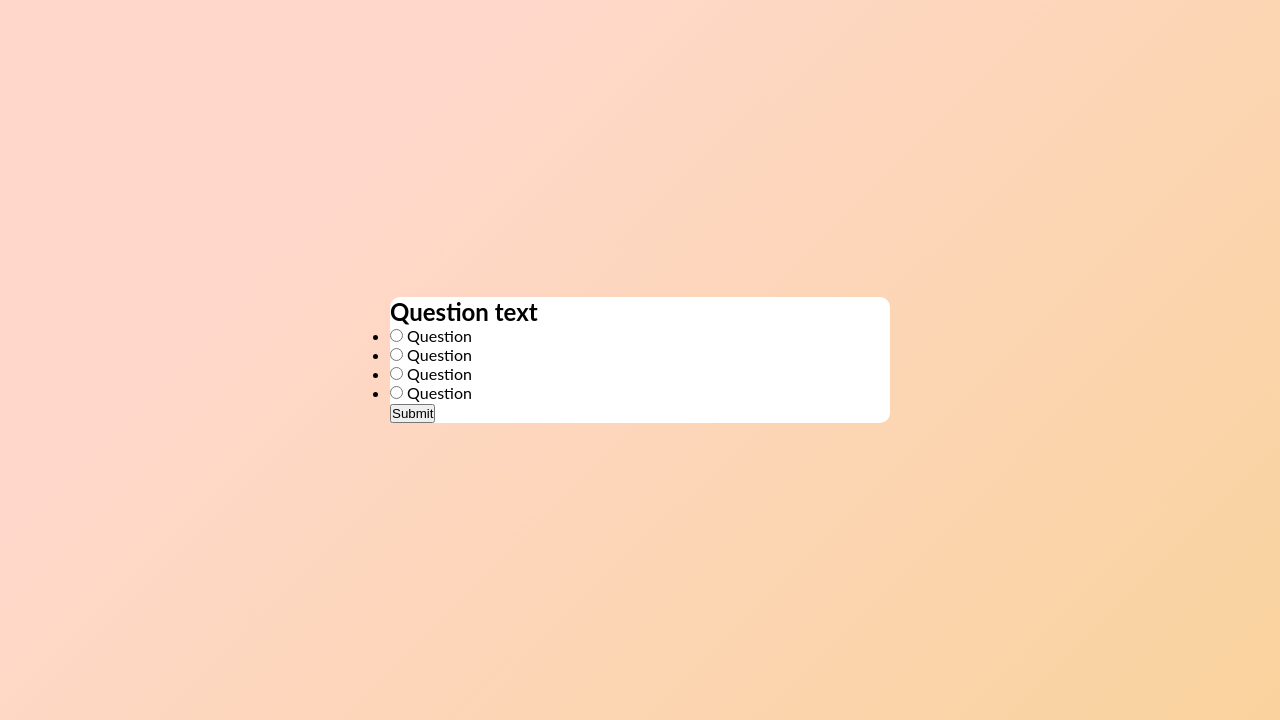
Repository: PratypartyY2K/JavaScript-Projects
Page: Quiz-App/index.html
An editor plug-in stored every save of this project. The page is shown before and after the next save, followed by the edit.
The browser window is 1280 px wide. The pictures show the whole page.

Above is the page before, as saved 2021-07-04 09:09:40.

### Quiz-App/index.html
<!DOCTYPE html>
<html lang="en">

<head>
    <meta charset="UTF-8">
    <meta http-equiv="X-UA-Compatible" content="IE=edge">
    <meta name="viewport" content="width=device-width, initial-scale=1.0">
    <title>Quiz App</title>
    <link rel="stylesheet" href="styles.css">
    <script src="script.js" defer></script>
</head>

<body>
    <div class="quiz-container" id="quiz">
        <div class="quiz-header">
            <h2 id="question">Question text</h2>
            <ul>
                <li>
                    <input type="radio" id="a" name="answer" class="answer" />
                    <label id="a_text" for="a">Question</label>
                </li>
                <li>
                    <input type="radio" id="b" name="answer" class="answer" />
                    <label id="b_text" for="b">Question</label>
                </li>
                <li>
                    <input type="radio" id="c" name="answer" class="answer" />
                    <label id="c_text" for="c">Question</label>
                </li>
                <li>
                    <input type="radio" id="d" name="answer" class="answer" />
                    <label id="d_text" for="d">Question</label>
                </li>
            </ul>
        </div>
        <button id="submit">Submit</button>
    </div>
</body>
</html>

### Quiz-App/styles.css
* {
    margin: 0;
    padding: 0;
    box-sizing: border-box;
}

body {
    background-color: #f9d29d;
    background-image: linear-gradient(315deg, #f9d29d 0%, #ffd8cb 74%);
    display: flex;
    justify-content: center;
    align-items: center;
    min-height: 100vh;
    font-family: "Lato", sans-serif;
}

.quiz-container {
    background-color: #fff;
    width: 500px;
    border-radius: 10px;


}

### Quiz-App/script.js
const quizData = [
  {
    question: "What is 10 + 4?",
    a: "12",
    b: "14",
    c: "16",
    d: "140",
    correct: "c",
  },
  {
    question: "What is 20 - 9?",
    a: "7",
    b: "13",
    c: "11",
    d: "29",
    correct: "c",
  },
  {
    question: "What is 7 x 3?",
    a: "21",
    b: "24",
    c: "25",
    d: "20",
    correct: "a",
  },
  {
    question: "What is 8 / 2?",
    a: "10",
    b: "2",
    c: "4",
    d: "6",
    correct: "c",
  },
  {
    question: "What is 8 ^ 2?",
    a: "8",
    b: "2",
    c: "64",
    d: "16",
    correct: "c",
  },
];

After the next save:
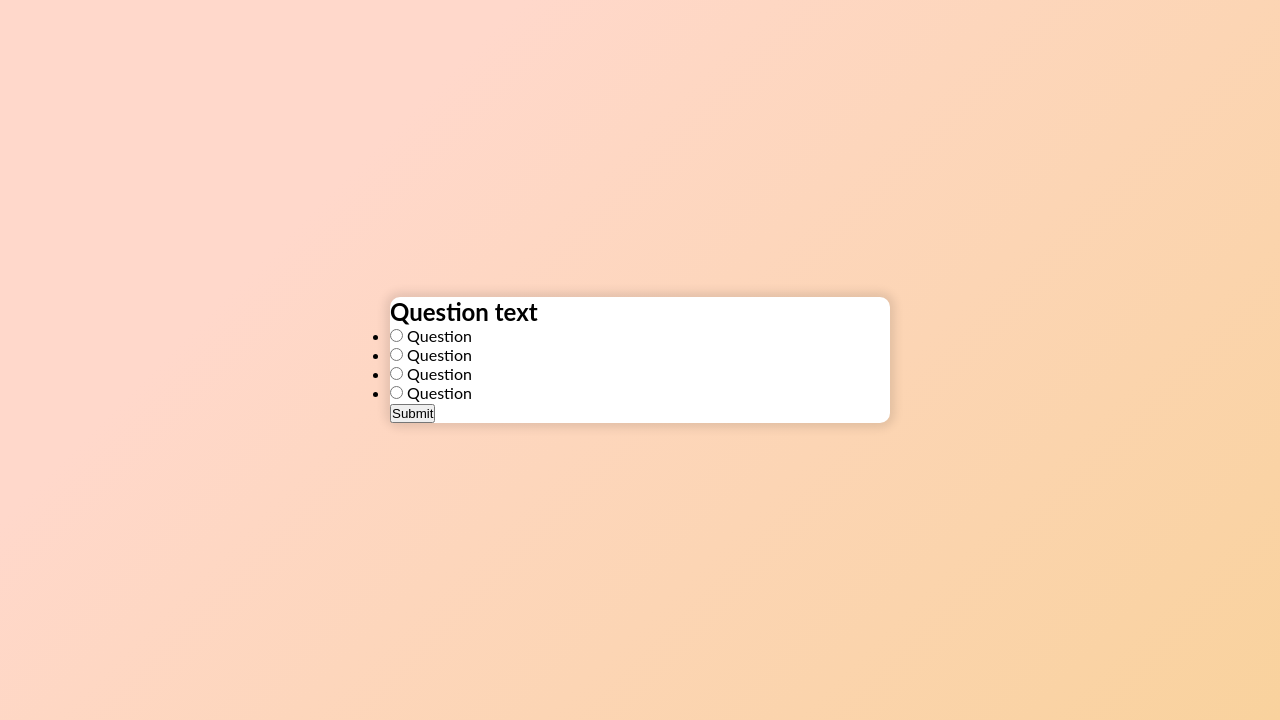
Saved 32 s later.
--- a/Quiz-App/styles.css
+++ b/Quiz-App/styles.css
@@ -18,6 +18,6 @@ body {
     background-color: #fff;
     width: 500px;
     border-radius: 10px;
-
+    box-shadow: 0 0 10px 5px rgba(0,0,0,0.1);
 
 }
